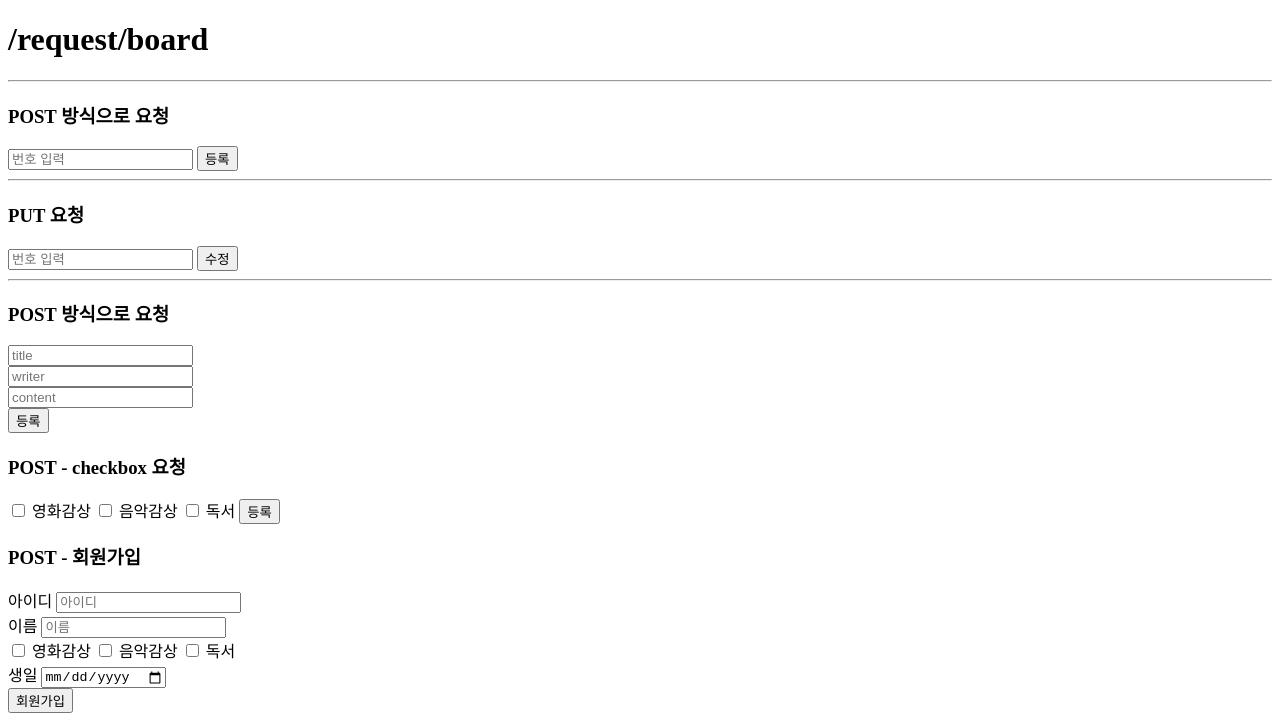
Repository: xegenie/Spring
Page: http://localhost/spring-mvc/request/board
The author's editor kept a copy of each file at every save. The page is drawn from the files as they stood at one save, then again after the next save.
The browser window is 1280 px wide. The pictures show the whole page.
The page is served by Tomcat 9.

Above is the page before, as saved 2024-11-07 06:53:59.

After the next save:
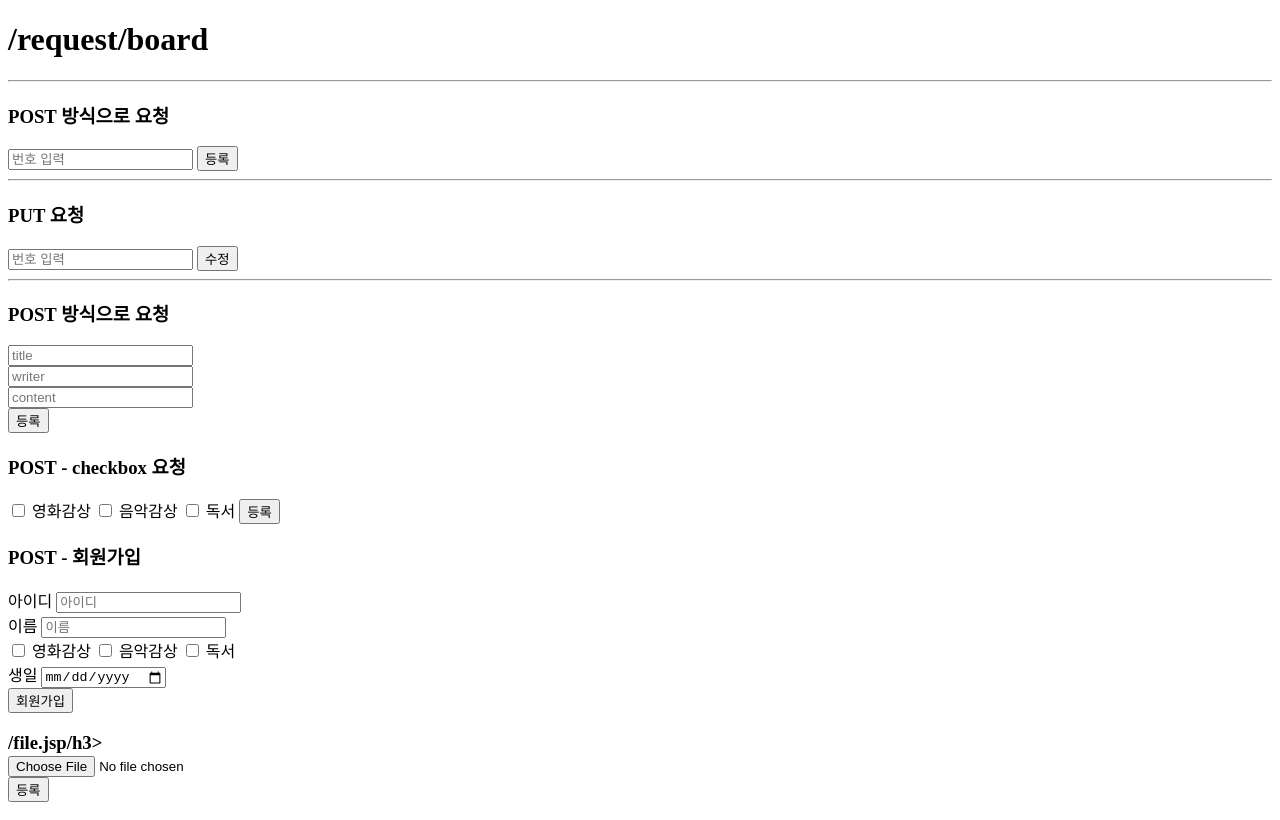
Saved 78 s later.
--- a/spring-mvc/src/main/webapp/WEB-INF/views/request/board.jsp
+++ b/spring-mvc/src/main/webapp/WEB-INF/views/request/board.jsp
@@ -83,5 +83,11 @@
         <input type="submit" value="회원가입">
     </form>
 
+	<h3>/file.jsp/h3>
+	<form action="${ pageContext.request.contextPath }/file" method="POST" enctype="multipart/form-data">
+		<input type="file" name="file" /> <br>
+		<input type="submit" value="등록" />
+	</form>
+
 </body>
 </html>
